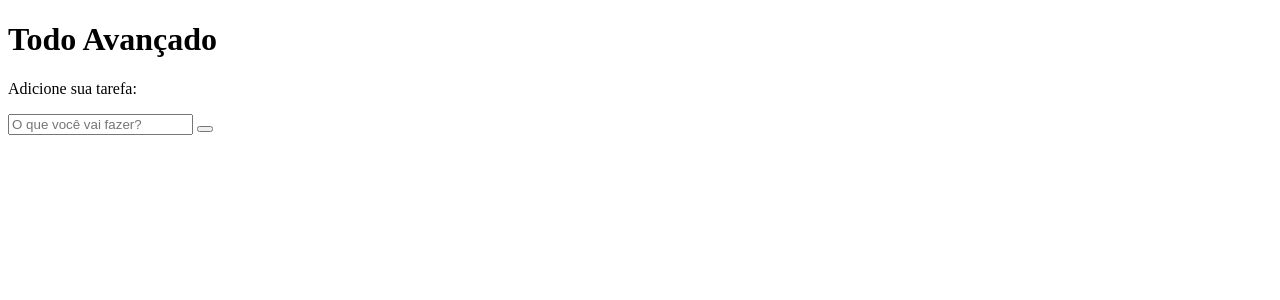
Repository: Guillermomarcon/ProjetoToDo
Page: index.html
These files come from the project's save history. The page is drawn as it stood at one moment and after a run of saves; the edit follows.
The browser window is 1280 px wide. The pictures show the whole page.
Some web libraries are served in a nearby version.

Above is the page before, as saved 2022-08-27 16:38:48.

### index.html
<!DOCTYPE html>
<html lang="pt-br">
<head>
    <meta charset="UTF-8">
    <meta http-equiv="X-UA-Compatible" content="IE=edge">
    <meta name="viewport" content="width=device-width, initial-scale=1.0">
    <title>Todo Avançado</title>
    <!--css do projeto-->
    <link rel="stylesheet" href="estilos/style.css">
    <!--Biblioteca de font vamos usar a Font Awesome  font awesome cdnjs
    encontrado nesse link
    https://cdnjs.com/libraries/font-awesome   -->
    <link rel="stylesheet" href="https://cdnjs.cloudflare.com/ajax/libs/font-awesome/6.1.2/css/all.min.css" integrity="sha512-1sCRPdkRXhBV2PBLUdRb4tMg1w2YPf37qatUFeS7zlBy7jJI8Lf4VHwWfZZfpXtYSLy85pkm9GaYVYMfw5BC1A==" crossorigin="anonymous" referrerpolicy="no-referrer" />
    <!--Js do projeto-->
    <script src="js/javascript.js" defer></script>
</head>
<body>
    <div class="todo-container">
        <header>
            <h1>Todo Avançado</h1>
        </header>
        <form  id="todo-form">
            <p>Adicione sua tarefa:</p>
            <div class="form-control">
                <input type="text" name="input-text" id="todo-input" placeholder="O que você vai fazer?">
                <button type="submit">

                </button>

            </div>
        </form>


    </div>


</body>
</html>

### estilos/style.css
@charset "UTF-8"

Loaded but not shown: js/javascript.js (no stored copy; drawn as an empty file)

After the next 5 saves:
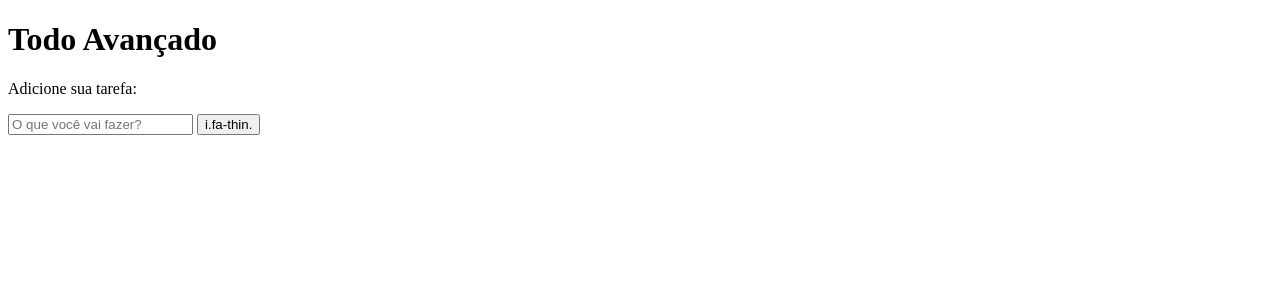
The 5 saves are shown as one change because they came seconds apart.
The last was saved 32 s later.
--- a/index.html
+++ b/index.html
@@ -24,7 +24,7 @@
             <div class="form-control">
                 <input type="text" name="input-text" id="todo-input" placeholder="O que você vai fazer?">
                 <button type="submit">
-
+                    i.fa-thin.
                 </button>
 
             </div>
